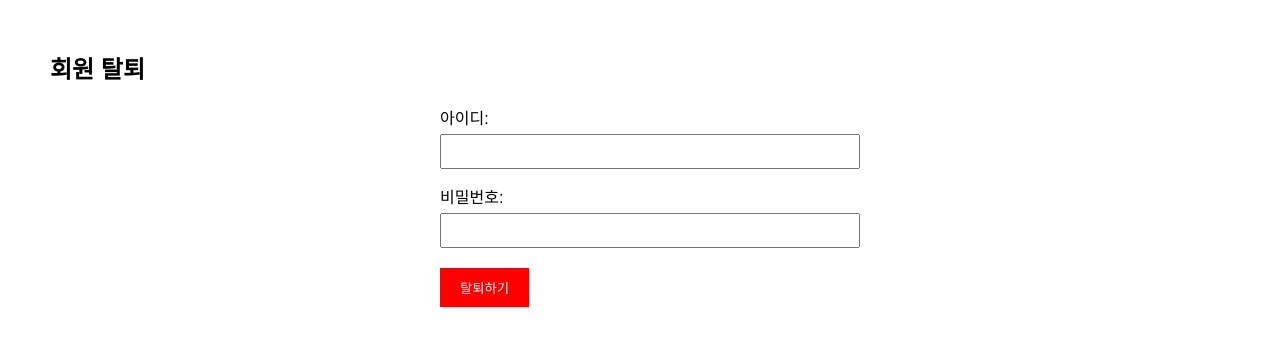
Repository: DearMyStore/ui-test
Page: http://localhost/HotelReservationSystem/deleteAccount.jsp
These files come from the project's save history. The page is drawn as it stood at one moment and after the next save; the edit follows.
The browser window is 1280 px wide. The pictures show the whole page.
The page is served by Tomcat 9.

Above is the page before, as saved 2025-05-27 13:25:32.

After the next save:
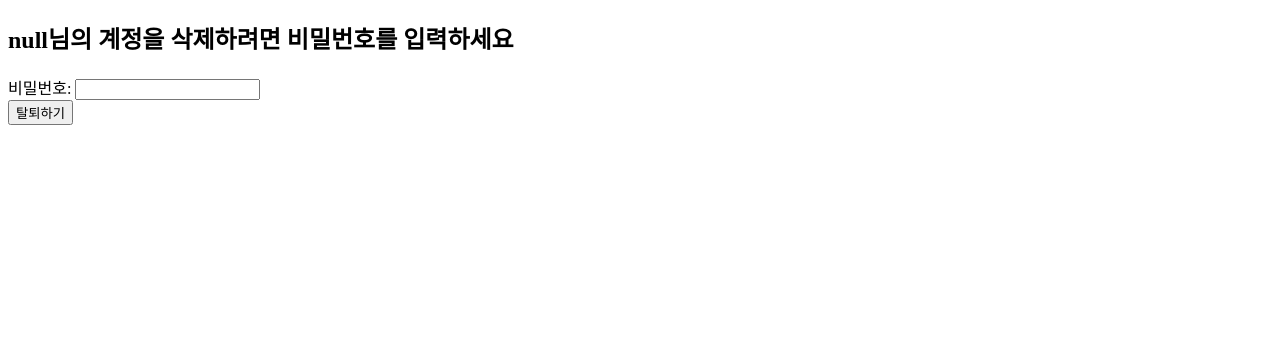
Saved 20 s later.
--- a/HRS/HotelReservationSystem/src/main/webapp/deleteAccount.jsp
+++ b/HRS/HotelReservationSystem/src/main/webapp/deleteAccount.jsp
@@ -1,32 +1,37 @@
 <%@ page language="java" contentType="text/html; charset=UTF-8" pageEncoding="UTF-8"%>
+<%
+    String sessionPassword = (String) session.getAttribute("password");
+    String sessionUsername = (String) session.getAttribute("username");
+    boolean deleted = false;
+
+    if ("POST".equalsIgnoreCase(request.getMethod())) {
+        String inputPassword = request.getParameter("password");
+
+        if (sessionPassword != null && sessionPassword.equals(inputPassword)) {
+            session.invalidate(); // 세션 삭제
+            deleted = true;
+        }
+    }
+%>
 <!DOCTYPE html>
 <html>
 <head>
     <meta charset="UTF-8">
     <title>회원 탈퇴</title>
-    <style>
-        body { font-family: Arial, sans-serif; margin: 50px; }
-        form { max-width: 400px; margin: auto; }
-        label { display: block; margin-top: 15px; }
-        input[type="text"], input[type="password"] {
-            width: 100%; padding: 8px; margin-top: 5px;
-        }
-        input[type="submit"] {
-            margin-top: 20px; padding: 10px 20px;
-            background-color: red; color: white; border: none;
-        }
-    </style>
 </head>
 <body>
-    <h2>회원 탈퇴</h2>
-    <form action="DeleteAccountServlet" method="post">
-        <label for="username">아이디:</label>
-        <input type="text" id="username" name="username" required>
-
-        <label for="password">비밀번호:</label>
-        <input type="password" id="password" name="password" required>
-
+<% if (deleted) { %>
+    <h3>회원 탈퇴가 완료되었습니다.</h3>
+    <a href="register.jsp">다시 가입하기</a>
+<% } else if ("POST".equalsIgnoreCase(request.getMethod())) { %>
+    <h3>비밀번호가 일치하지 않습니다.</h3>
+    <a href="deleteAccount.jsp">돌아가기</a>
+<% } else { %>
+    <h2><%= sessionUsername %>님의 계정을 삭제하려면 비밀번호를 입력하세요</h2>
+    <form method="post">
+        비밀번호: <input type="password" name="password" required><br>
         <input type="submit" value="탈퇴하기">
     </form>
+<% } %>
 </body>
 </html>
